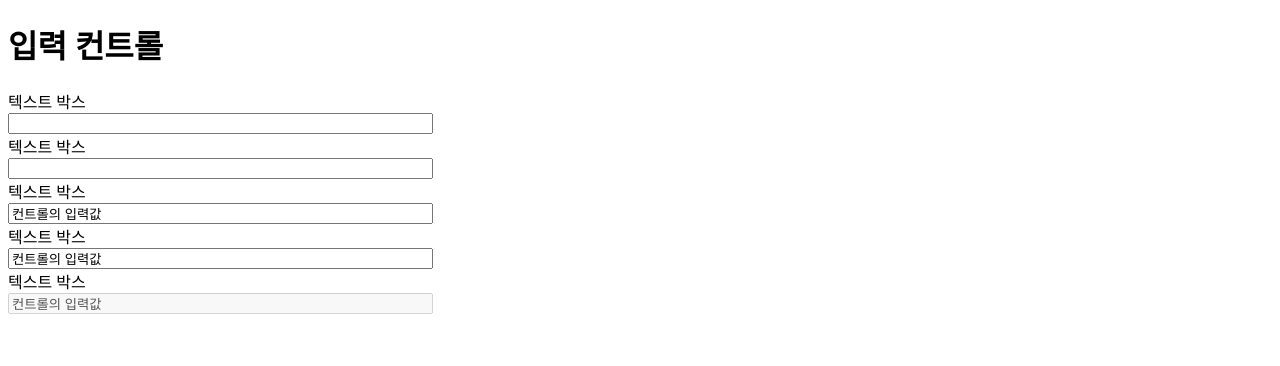
Repository: Hwang-97/HhwDesktop
Page: client/ClientTest/src/main/webapp/html/ex17_form.html
The author's editor kept a copy of each file at every save. The page is drawn from the files as they stood at one save, then again after the next save.
The browser window is 1280 px wide. The pictures show the whole page.

Above is the page before, as saved 2021-12-13 02:03:07.

After the next save:
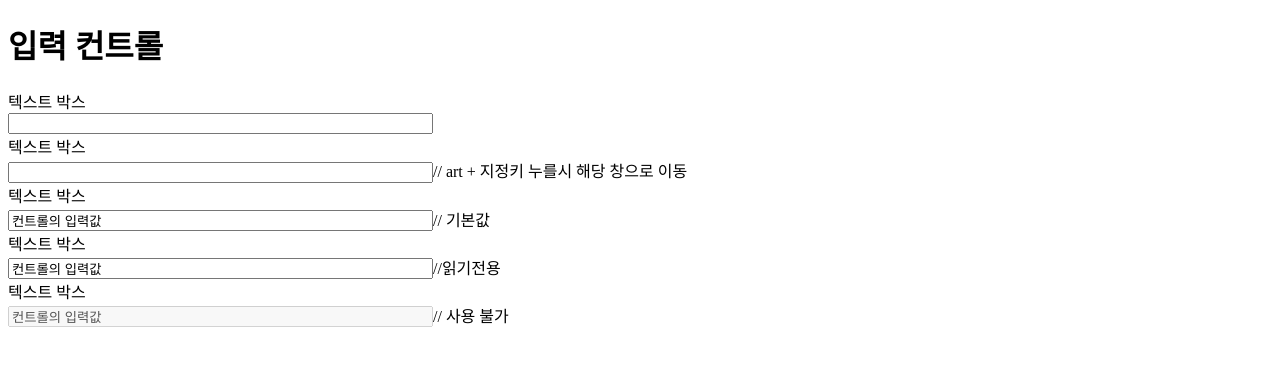
Saved 59 s later.
--- a/client/ClientTest/src/main/webapp/html/ex17_form.html
+++ b/client/ClientTest/src/main/webapp/html/ex17_form.html
@@ -27,22 +27,22 @@ maxlength="5">
 텍스트 박스
 <form action="">
 <input type = "text" name="txt1" id="txt1" class = "txt" size="50"
-maxlength="5" accesskey ="s">
+maxlength="5" accesskey ="s">// art + 지정키 누를시 해당 창으로 이동
 </form>
 텍스트 박스
 <form action="">
 <input type = "text" name="txt1" id="txt1" class = "txt" size="50"
-maxlength="5" value="컨트롤의 입력값">
+maxlength="5" value="컨트롤의 입력값">// 기본값
 </form>
 텍스트 박스
 <form action="">
 <input type = "text" name="txt1" id="txt1" class = "txt" size="50"
-maxlength="5" value="컨트롤의 입력값" readonly >
+maxlength="5" value="컨트롤의 입력값" readonly >//읽기전용
 </form>
 텍스트 박스
 <form action="">
 <input type = "text" name="txt1" id="txt1" class = "txt" size="50"
-maxlength="5" value="컨트롤의 입력값" disabled>
+maxlength="5" value="컨트롤의 입력값" disabled>// 사용 불가
 </form>
 
 
